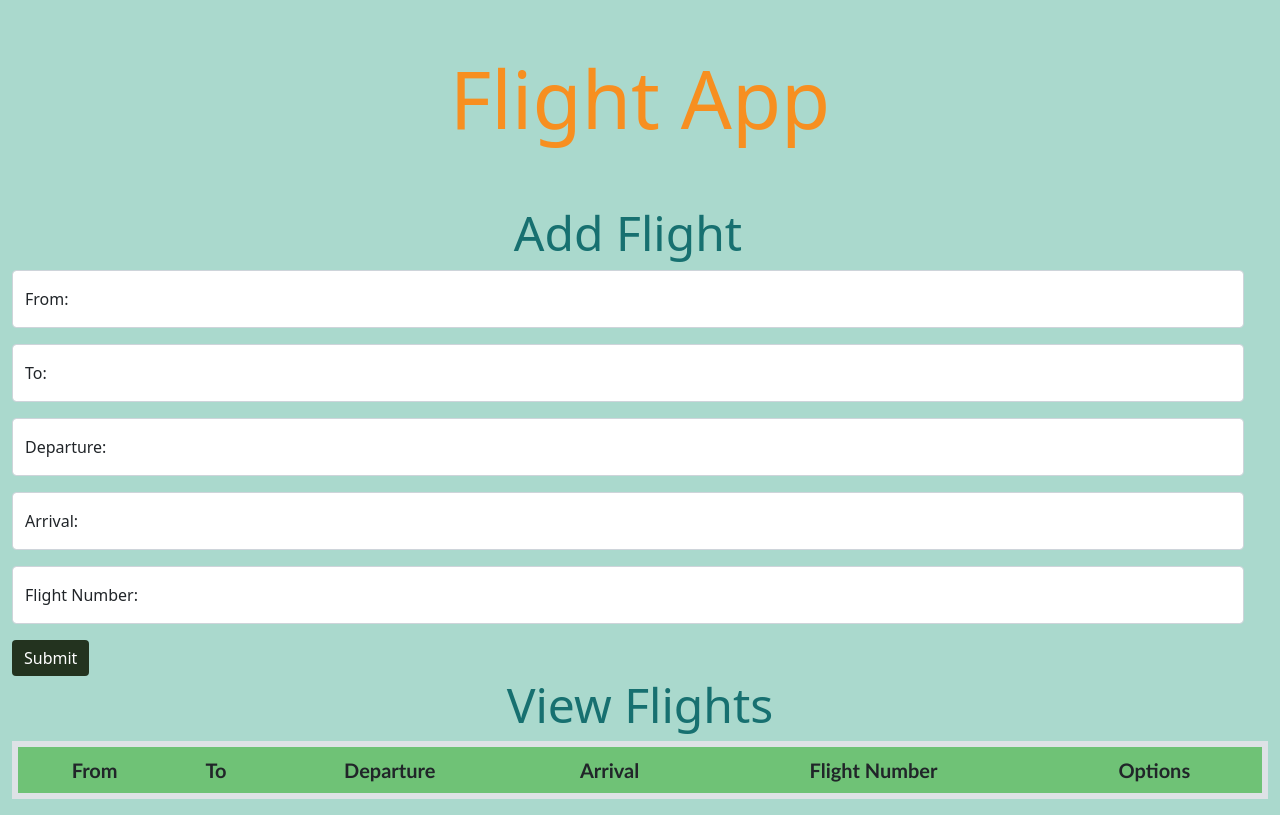
Repository: OperationKen/FlightAPI
Page: flight-api/src/main/webapp/flight/index.html
An editor plug-in stored every save of this project. The page is shown before and after the next save, followed by the edit.
The browser window is 1280 px wide. The pictures show the whole page.
The page's requests for data from a server got no answer.

Above is the page before, as saved 2021-08-06 14:59:01.
Console error (its wording comes from the project's code and is left out).

### flight-api/src/main/webapp/flight/index.html
<!DOCTYPE html>
<html>
    <head>
        <title>Ken's Flight Application</title>
        <link href="https://cdn.jsdelivr.net/npm/bootstrap@5.0.2/dist/css/bootstrap.min.css" rel="stylesheet" integrity="sha384-EVSTQN3/azprG1Anm3QDgpJLIm9Nao0Yz1ztcQTwFspd3yD65VohhpuuCOmLASjC" crossorigin="anonymous">
        <link rel="stylesheet" href="styles.css" />

        <!--.Classes, tags and #id's that have been defined in this html-->
        <style>
            .boxes {
                padding: 50px;
            }
            .submit-button{
                background-color: #23331f;
                border: black;
            }
            .delete-button{
                background-color: #E9BBB5;
                border: black;
            }
            .edit-button{
                background-color: #E8D595;
                border: black;
            }
            .form-group{
                font-family: "Optima", monospace;
            }
            .display-5{
                text-align: center;
            }
            table{
                border-collapse: collapse;
                width: 100%;
            }
            td{
                font-family: "Calibri";
                font-size: 20px;
                text-align: center;
            }
            tr{
                font-family: "Calibri";
                font-size: 20px;
                text-align: center;
                background-color: #6fc276;
            }
        </style>
    </head>
    <body style="background-color:#AAD9CD;"></body>
    <body>

        <!-- Flight App header + Adding Flight -->
        <div class="container-fluid">
            <div><h1 class="display-1">Flight App</h1></div>
            <div class="row">
                <div class="row align-items-center">
                    <h2 class="display-5">Add Flight</h2>
                    <form id="add-flight" method="post" action ="/flight-api/flight">
                        <!-- <div class="form-group">
                            <label>From</label>
                            <input class="form-control" id="fromAirport" type="text" />
                        </div> -->
                        <div class="form-floating mb-3">
                            <input type="text" class="form-control" id="fromAirport" placeholder="Text">
                            <label for="fromAirport">From:</label>
                        </div>
                        <div class="form-floating mb-3">
                            <input type="text" class="form-control" id="toAirport" placeholder="Text">
                            <label for="toAirport">To:</label>
                        </div>
                        <div class="form-floating mb-3">
                            <input type="text" class="form-control" id="departure" placeholder="Text">
                            <label for="departure">Departure:</label>
                        </div>
                        <div class="form-floating mb-3">
                            <input type="text" class="form-control" id="arrival" placeholder="Text">
                            <label for="arrival">Arrival:</label>
                        </div>
                        <div class="form-floating mb-3">
                            <input type="text" class="form-control" id="flightNumber" placeholder="Text">
                            <label for="flightNumber">Flight Number:</label>
                        </div>
                        <div>
                            <input class="btn btn-primary submit-button" type="submit" value="Submit" />
                        </div>
                    </form>
                </div>

                <!-- Flight table formatting -->
                <div id="flight-data" class="center">
                    <h2 class="display-5">View Flights</h2>
                    <table border="6" bordercolor="#ffffff" class="table" id="flight-data">
                        <tr><th>From</th><th>To</th><th>Departure</th><th>Arrival</th><th>Flight Number</th><th>Options</th></tr>
                        <tbody id = "flightTable">
                            <!-- Function to GET and populate table -->
                        </tbody>
                    </table>
                </div>
            </div>

            <!-- Modal Setup, All from the documentation-->
            <div class="modal fade" id="exampleModal" tabindex="-1" aria-labelledby="exampleModalLabel" aria-hidden="true">
              <div class="modal-dialog">
                <div class="modal-content">
                    <div class="modal-header">
                        <h5 class="modal-title" id="exampleModalLabel">Edit</h5>
                        <button type="button" class="btn-close" data-bs-dismiss="modal" aria-label="Close"></button>
                    </div>
                    <!--When wanting to edit an entry, this will pop-up the form-->
                    <form id="update-flight">
                        <div class="modal-body">
                            <div class="mb-3">
                                <label for="message-text" class="col-form-label">From:</label>
                                <input type="text" class="form-control" id="from_modal">
                            </div>
                            <div class="mb-3">
                                <label for="message-text" class="col-form-label">To:</label>
                                <input type="text" class="form-control" id="to_modal">
                            </div>
                            <div class="mb-3">
                                <label for="message-text" class="col-form-label">Departure:</label>
                                <input type="text" class="form-control" id="departure_modal">
                            </div>
                            <div class="mb-3">
                                <label for="message-text" class="col-form-label">Arrival:</label>
                                <input type="text" class="form-control" id="arrival_modal">
                            </div>
                            <div class="mb-3">
                                <label for="message-text" class="col-form-label">Flight Number:</label>
                                <input type="text" class="form-control" id="flightNumber_modal">
                            </div>
                        </div>
                        <div class="modal-footer">
                            <button type="button" class="btn btn-secondary" data-bs-dismiss="modal">Close</button>
                            <input class="btn btn-primary submit-button" type="submit" data-bs-dismiss="modal" value="Save Changes" />
                        </div>
                    </form>
                </div>
            </div>
        </div>
        </div>
        <script src="https://cdn.jsdelivr.net/npm/bootstrap@5.0.2/dist/js/bootstrap.bundle.min.js" integrity="sha384-MrcW6ZMFYlzcLA8Nl+NtUVF0sA7MsXsP1UyJoMp4YLEuNSfAP+JcXn/tWtIaxVXM" crossorigin="anonymous"></script>
        </body>

<!----- Beginning of Javascript code ------------------------>
        <script type="text/javascript">

        //Add in the entry into the table.
    	document.getElementById('add-flight').addEventListener('submit', function(){
            event.preventDefault();
    		var to_form = document.getElementById('toAirport').value;
    		var from_form = document.getElementById('fromAirport').value;
    		var depart_form = document.getElementById('departure').value;
    		var arrive_form = document.getElementById('arrival').value;
    		var flightNum_form = document.getElementById('flightNumber').value;
    		var flight = {
                toAirport: to_form,
                fromAirport: from_form,
                departure: depart_form,
                arrival: arrive_form,
                flightNumber: flightNum_form
    		};
            console.log('Send: ' + flight);
            var xhr = new XMLHttpRequest;
            xhr.onreadystatechange = function(){
                if(xhr.readyState === 4 && xhr.status === 201){
                    location.reload();
                }
            }
            xhr.open('POST', '/flight-api/flight');
            xhr.send(JSON.stringify(flight));
    	});


        //Gets the entries from the database via JDBC and imports it into the table
        window.onload = function(){
            let xhr = new XMLHttpRequest();
            xhr.onreadystatechange = function(response){
                if(xhr.readyState === 4){
                    console.log(xhr.responseText)
                    var flightArray = JSON.parse(xhr.responseText)
                    flightArray.forEach(flight => {
                        addFlightsRecordToTable(flight)
                    })
                }
            }
            xhr.open('GET', '/flight-api/flight');
            xhr.send();

            //Adding each entry to the table.
            function addFlightsRecordToTable(flight){
                var table = document.getElementById('flightTable')
                var row = `<tr id = "${flight.id}">
                                <td>${flight.fromAirport}</td>
                                <td>${flight.toAirport}</td>
                                <td>${flight.departure}</td>
                                <td>${flight.arrival}</td>
                                <td>${flight.flightNumber}</td>
                                <td><input type="button" value="Delete Row" class="btn btn-primary delete-button" onclick="DeleteRowFunc(${flight.id})"> <input type="button" value="Edit" class="btn btn-primary edit-button" onclick="editDisplay(${flight.id})"></td>
                           </tr>`
                    table.innerHTML += row
            }
        }

        //Passes an id parameter -> which was passed from when adding entry to table.
        function DeleteRowFunc(id){
            document.getElementById(id).remove();
            console.log('Delete: ' + id);
            var xhr = new XMLHttpRequest;
            xhr.open('DELETE', '/flight-api/flight');
            xhr.send(JSON.stringify(id));
        }

        //This variable is a placeholder for the ID we want to replace.
        var editId = 0;
        var newFlight = new bootstrap.Modal(document.getElementById('exampleModal'), {keyboard: false});
        function editDisplay(id){
            console.log(id);
            editId = id;
        	newFlight.show();
        }

        //Once we press submit on the form button, it will start the process of editing.
        document.getElementById('update-flight').addEventListener('submit', function(event){
            event.preventDefault();
            var id = editId;
            var to_form = document.getElementById('to_modal').value;
            var from_form = document.getElementById('from_modal').value;
            var depart_form = document.getElementById('departure_modal').value;
            var arrive_form = document.getElementById('arrival_modal').value;
            var flightNum_form = document.getElementById('flightNumber_modal').value;
            var flight = {
                id: id,
                toAirport: to_form,
                fromAirport: from_form,
                departure: depart_form,
                arrival: arrive_form,
                flightNumber: flightNum_form
            };
            var xhr = new XMLHttpRequest();
            xhr.onload = function(){
                console.log(flight);
            }
                xhr.open('PUT', '/flight-api/flight');
                xhr.send(JSON.stringify(flight));
        });
        </script>
</html>

### flight-api/src/main/webapp/flight/styles.css
h1 {
    color: #f78f20;
    text-align: center;
    padding: 50px;
}
h2 {
    color:#177070;
}

After the next save:
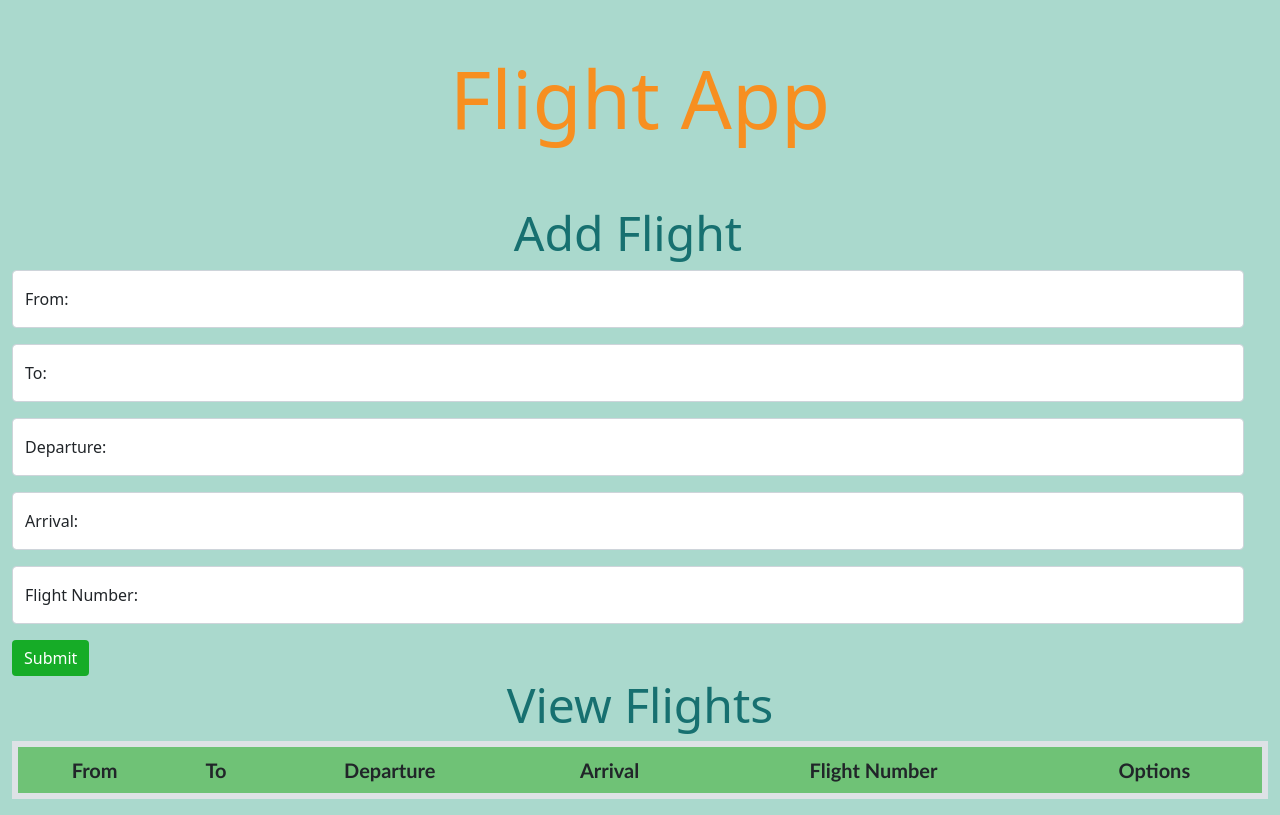
Saved 50 s later.
--- a/flight-api/src/main/webapp/flight/index.html
+++ b/flight-api/src/main/webapp/flight/index.html
@@ -5,21 +5,21 @@
         <link href="https://cdn.jsdelivr.net/npm/bootstrap@5.0.2/dist/css/bootstrap.min.css" rel="stylesheet" integrity="sha384-EVSTQN3/azprG1Anm3QDgpJLIm9Nao0Yz1ztcQTwFspd3yD65VohhpuuCOmLASjC" crossorigin="anonymous">
         <link rel="stylesheet" href="styles.css" />
 
-        <!--.Classes, tags and #id's that have been defined in this html-->
+        <!--.Classes, tags and #id's (if and when applicable)that have been defined in this html-->
         <style>
             .boxes {
                 padding: 50px;
             }
             .submit-button{
-                background-color: #23331f;
+                background-color: #16ac27;
                 border: black;
             }
             .delete-button{
-                background-color: #E9BBB5;
+                background-color: #e66b5b;
                 border: black;
             }
             .edit-button{
-                background-color: #E8D595;
+                background-color: #5378df;
                 border: black;
             }
             .form-group{
@@ -163,7 +163,7 @@
             var xhr = new XMLHttpRequest;
             xhr.onreadystatechange = function(){
                 if(xhr.readyState === 4 && xhr.status === 201){
-                    location.reload();
+                    console.log(xhr.responseText);
                 }
             }
             xhr.open('POST', '/flight-api/flight');
